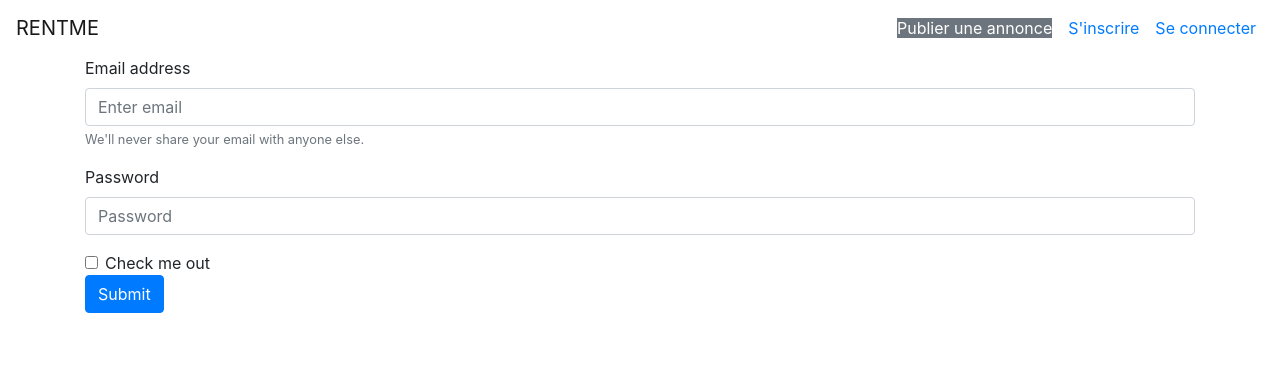
Repository: johan1412/rentme-front
Page: /login
These files come from the project's save history. The page is drawn as it stood at one moment and after the next save; the edit follows.
The browser window is 1280 px wide. The pictures show the whole page.
The project was rebuilt for these pictures with package versions that can differ from the ones it lists, and the page was loaded fresh each time. Also part of the build but not shown: vue.config.js, src/components/auth/Register.vue, src/components/Home.vue.

Above is the page before, as saved 2021-12-14 19:10:59.

### src/main.js
import Vue from "vue";
import App from "./App.vue";
import VueRouter from 'vue-router'
import Login from './components/auth/Login.vue'
import Register from './components/auth/Register.vue'

import HomePage from './components/Home.vue'
import { BootstrapVue, IconsPlugin } from 'bootstrap-vue'

// Import Bootstrap an BootstrapVue CSS files (order is important)
import 'bootstrap/dist/css/bootstrap.css'
import 'bootstrap-vue/dist/bootstrap-vue.css'

// Make BootstrapVue available throughout your project
Vue.use(BootstrapVue)
// Optionally install the BootstrapVue icon components plugin
Vue.use(IconsPlugin)

Vue.config.productionTip = false;

Vue.use(VueRouter)


const routes = [
  { path: '/', component: HomePage },
  { path: '/login', component: Login },
  { path: '/register', component: Register },
]

const router = new VueRouter({
  routes,
  history : true,
  mode : 'history'
})


new Vue({
  render: (h) => h(App),
  router
}).$mount("#app");

### src/App.vue
<template>
  <router-view />
</template>
<script>
export default {
  name: "App"
};
</script>

<style>

</style>

### src/components/auth/Login.vue
<template>
<div>
<nav-bar />
<div class="container m-auto">
  <form>
      <div class="form-group">
        <label for="exampleInputEmail1">Email address</label>
        <input type="email" class="form-control" id="exampleInputEmail1" aria-describedby="emailHelp" placeholder="Enter email">
        <small id="emailHelp" class="form-text text-muted">We'll never share your email with anyone else.</small>
      </div>
      <div class="form-group">
        <label for="exampleInputPassword1">Password</label>
        <input type="password" class="form-control" id="exampleInputPassword1" placeholder="Password">
      </div>
      <div class="form-check">
        <input type="checkbox" class="form-check-input" id="exampleCheck1">
        <label class="form-check-label" for="exampleCheck1">Check me out</label>
      </div>
      <button type="submit" class="btn btn-primary">Submit</button>
  </form>
</div>
  </div>
</template>

<script>
import NavBar from '../layouts/NavBar.vue';
export default {
  name: "Login",
  components: {
    NavBar,
  },

};
</script>

### src/components/layouts/NavBar.vue
<template>
<div>
  <b-navbar toggleable="lg" type="light" variant="white">
    <b-navbar-brand href="#" class="m">RENTME</b-navbar-brand>
    <b-collapse id="nav-collapse" is-nav>
      <b-navbar-nav class="ml-auto">
        <b-nav-item><router-link class="bg-secondary text-white" to="register">Publier une annonce</router-link></b-nav-item>
        <b-nav-item><router-link to="register">S'inscrire</router-link></b-nav-item>
        <b-nav-item><router-link to="login">Se connecter</router-link></b-nav-item>
      </b-navbar-nav>
    </b-collapse>
  </b-navbar>
</div>
</template>
<script>

export default {
  name: "NavBar"
};
</script>

Loaded but not shown: public/index.html (common file)

After the next save:
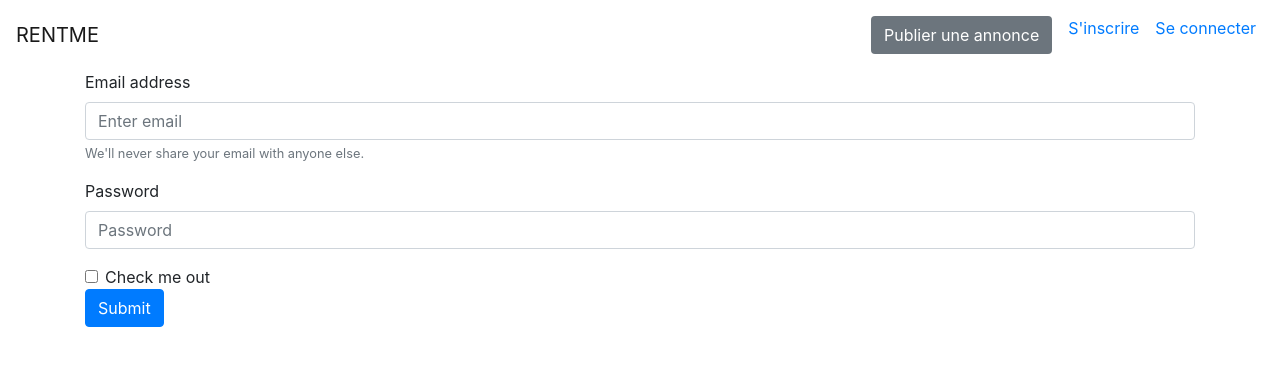
Saved 16 s later.
--- a/src/components/layouts/NavBar.vue
+++ b/src/components/layouts/NavBar.vue
@@ -4,7 +4,7 @@
     <b-navbar-brand href="#" class="m">RENTME</b-navbar-brand>
     <b-collapse id="nav-collapse" is-nav>
       <b-navbar-nav class="ml-auto">
-        <b-nav-item><router-link class="bg-secondary text-white" to="register">Publier une annonce</router-link></b-nav-item>
+        <b-nav-item><router-link class="btn bg-secondary text-white" to="register">Publier une annonce</router-link></b-nav-item>
         <b-nav-item><router-link to="register">S'inscrire</router-link></b-nav-item>
         <b-nav-item><router-link to="login">Se connecter</router-link></b-nav-item>
       </b-navbar-nav>
